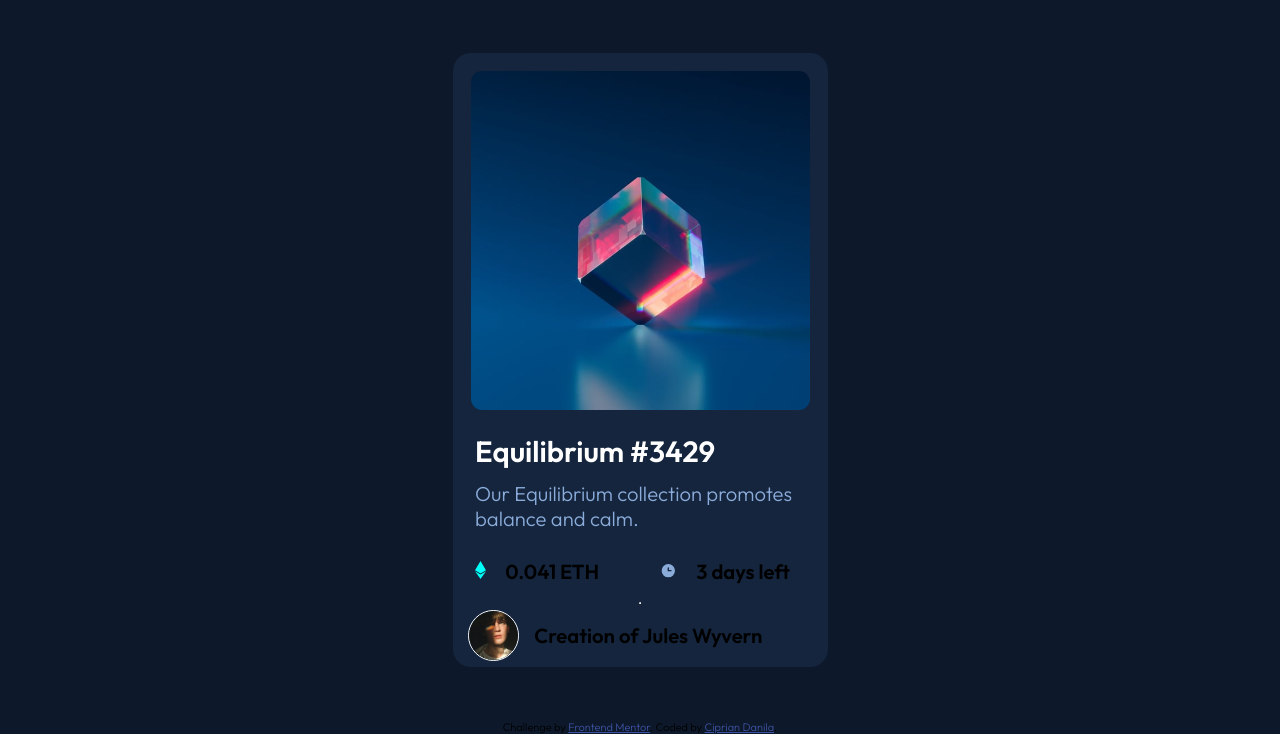
Repository: cipdanila/NFT-preview-card-component
Page: index.html
These files come from the project's save history. The page is drawn as it stood at one moment and after the next save; the edit follows.
The browser window is 1280 px wide. The pictures show the whole page.

Above is the page before, as saved 2024-01-31 16:24:06.

### index.html
<!DOCTYPE html>
<html lang="en">
    <head>
        <meta charset="UTF-8" />
        <meta name="viewport" content="width=device-width, initial-scale=1.0" />
        <!-- displays site properly based on user's device -->

        <link rel="icon" type="image/png" sizes="32x32" href="./images/favicon-32x32.png" />
        <link rel="stylesheet" href="style.css" />
        <title>Frontend Mentor | NFT preview card component</title>
    </head>
    <body>
        <main>
            <div class="card">
                <div class="image-card">
                    <img src="/images/image-equilibrium.jpg" alt="cube-equilibrium" />
                </div>
                <div class="text-card">
                    <h1 id="title">Equilibrium #3429</h1>
                    <p id="description">Our Equilibrium collection promotes balance and calm.</p>
                    <div class="time">
                        <div>
                            <img src="/images/icon-ethereum.svg" alt="ethereum" />
                            <p class="ethereum">0.041 ETH</p>
                        </div>
                        <div>
                            <img src="/images/icon-clock.svg" alt="clock" />
                            <p class="clock">3 days left</p>
                        </div>
                    </div>
                </div>
                <hr />
                <div class="owner">
                    <img src="/images/image-avatar.png" alt="avatar" />
                    <p>Creation of <span>Jules Wyvern</span></p>
                </div>
            </div>
        </main>

        <footer>
            <div class="attribution">
                Challenge by
                <a
                    href="https://www.frontendmentor.io/challenges/nft-preview-card-component-SbdUL_w0U"
                    target="_blank"
                    rel="noopener noreferer"
                    >Frontend Mentor</a
                >. Coded by <a href="https://github.com/cipdanila" target="_blank" rel="noopener noreferer">Ciprian Danila</a>.
            </div>
        </footer>
    </body>
</html>

### style.css
@import url("https://fonts.googleapis.com/css2?family=Outfit:wght@300;400;600&display=swap");

:root {
    /* Colors */
    /* Primary */
    --soft-blue: hsl(215, 51%, 70%); /* paragraph */
    --cyan: hsl(178, 100%, 50%); /* active states */
    /* Neutrals */
    --very-dark-blue-main: hsl(217, 54%, 11%); /* main background */
    --very-dark-blue-card: hsl(216, 50%, 16%); /* card background */
    --very-dark-blue-line: hsl(215, 32%, 27%); /* hr line */
    --white: hsl(0, 0%, 100%); /* title */
}

*, *::after, *::before {
    box-sizing: border-box;
    margin: 0;
    padding: 0;
}

body, html {
    height: 100%;
    font-family: "Outfit", sans-serif;
    font-size: 1.125rem;
    font-weight: 300;
    background-color: var(--very-dark-blue-main);
}

main {
    display: flex;
    justify-content: center;
    align-items: center;
    height: 100%;
}

.card {
    max-width: 375px;
    border-radius: 1rem;
    box-shadow: 0.5rem 0.5rem rgb(rgb(12, 23, 41));
    display: flex;
    flex-direction: column;
    justify-content: center;
    align-items: center;
    background-color: var(--very-dark-blue-card);
}

.image-card {
    text-align: center;
    padding: 1rem;
}

.image-card img {
    max-width: 100%;
    height: auto;
    border-radius: 0.625rem;
}

.text-card {
    padding: 0 1.25rem;
}


#title {
    color: var(--white);
    font-weight: 600;
    font-size: 1.625rem;
}

#description {
    color: var(--soft-blue);
    font-weight: 300;
    padding: 0.625rem 0;
}

.time {
    width: 100%;
    display: flex;
    align-items: center;
    justify-content: space-between;
    padding: 0.625rem 0;
}

.time img {
    padding: 0;
    width: fit-content;
}

.time p {
    display: inline-block;
    margin: 5px;
    padding: 1px 10px;
    font-weight: 800;
}

.owner {
    width: auto;
    display: flex;
    align-items: center;
    margin: 5px;
    padding: 1px 10px;
}

.owner img {
    width: 15%;
    border: 1px solid var(--white);
    border-radius: 50%;
}

.owner p {
    display: inline-block;
    margin: 5px;
    padding: 1px 10px;
    font-weight: 800;
}

.attribution {
    font-size: 11px;
    text-align: center;
}
.attribution a {
    color: hsl(228, 45%, 44%);
}

After the next save:
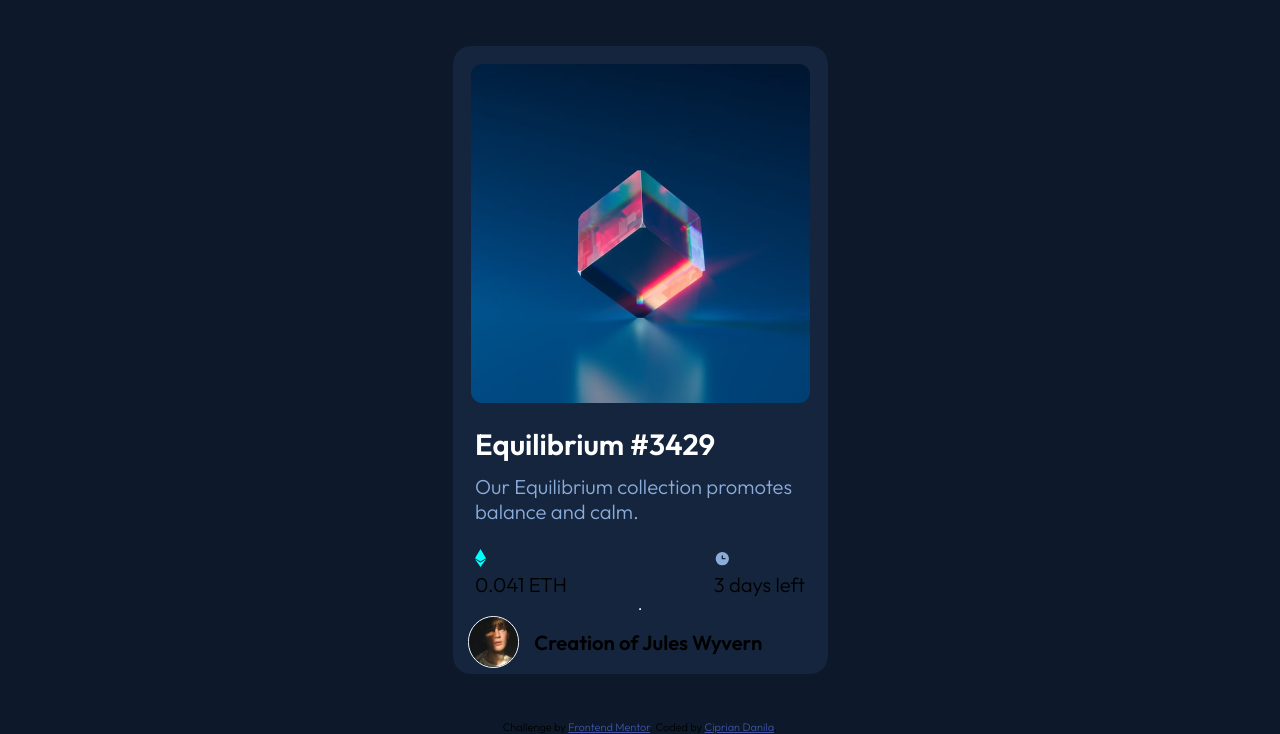
Saved 34 s later.
--- a/style.css
+++ b/style.css
@@ -80,6 +80,10 @@
     padding: 0.625rem 0;
 }
 
+.time > div {
+
+}
+/*
 .time img {
     padding: 0;
     width: fit-content;
@@ -90,7 +94,7 @@
     margin: 5px;
     padding: 1px 10px;
     font-weight: 800;
-}
+} */
 
 .owner {
     width: auto;
